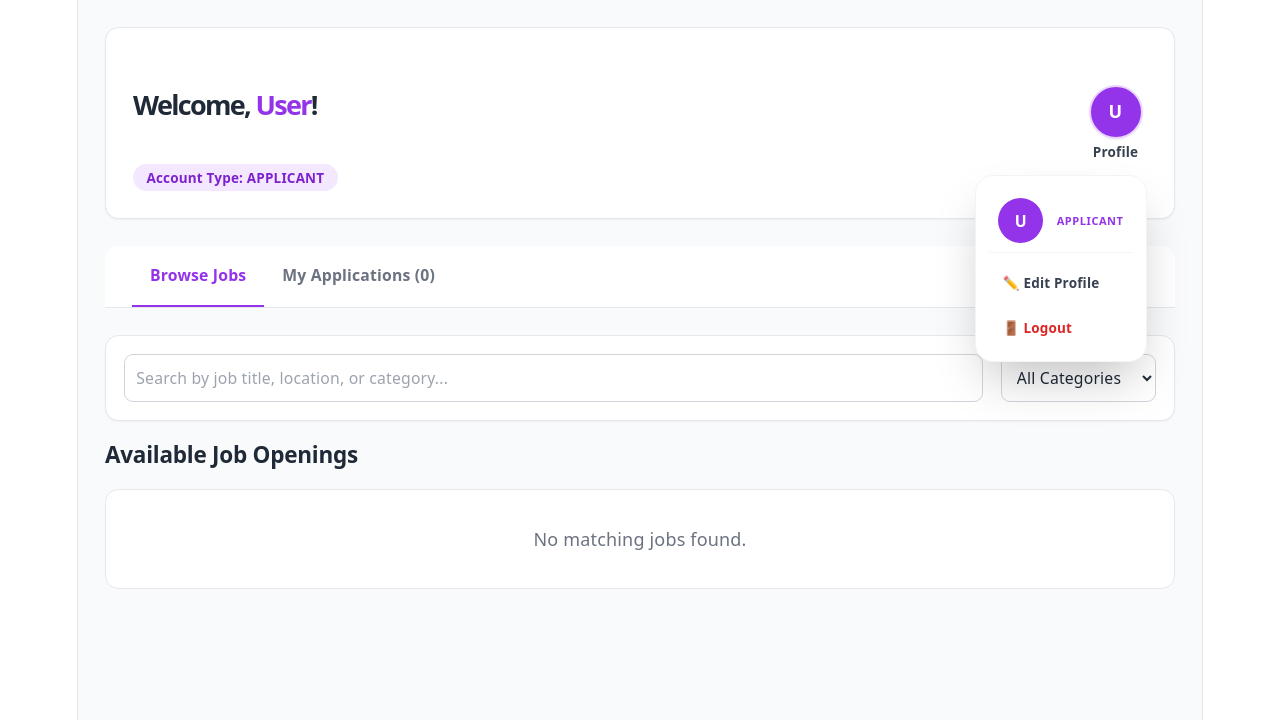
Repository: mdkawsarjomadder/job-portal
Page: /dashboard (app in job-portal/frontend/), after clicking the first element matching `button.flex`
These files come from the project's save history. The page is drawn as it stood at one moment and after the next save; the edit follows.
The browser window is 1280 px wide. The pictures show the whole page.
The page's requests for data from a server got no answer. The project was rebuilt for these pictures with package versions that can differ from the ones it lists, and the page was loaded fresh each time. No one was signed in, and anything a server would have sent is missing. Also part of the build but not shown: job-portal/frontend/vite.config.js, job-portal/frontend/src/pages/Login.jsx, job-portal/frontend/src/pages/Register.jsx, job-portal/frontend/src/pages/EmployerDashboard.jsx, job-portal/frontend/src/pages/MyApplications.jsx, job-portal/frontend/src/pages/CreateJob.jsx, job-portal/frontend/src/pages/Home.jsx. Imported but missing from the stored project, and not drawn on this page: job-portal/frontend/src/pages/Profile.

Above is the page before, as saved 2026-09-18 21:20:52.

After the next save:
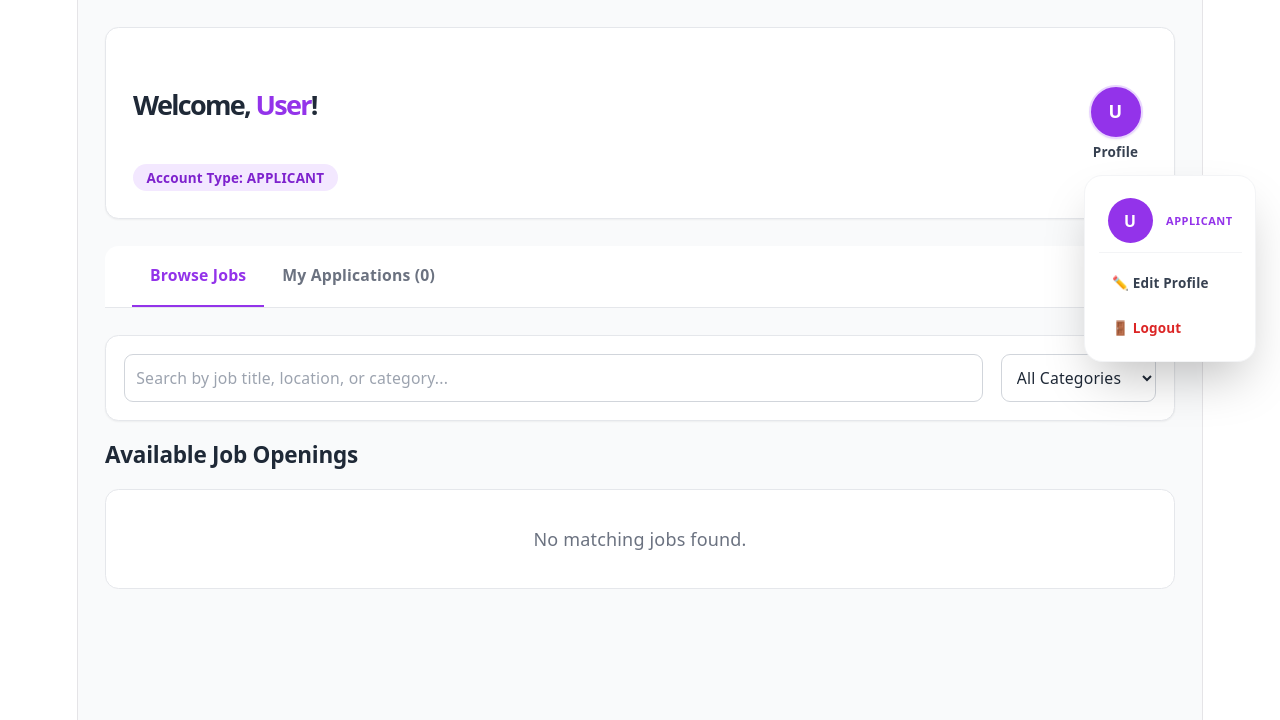
Saved 11 s later.
--- a/job-portal/frontend/src/pages/ApplicantDashboard.jsx
+++ b/job-portal/frontend/src/pages/ApplicantDashboard.jsx
@@ -228,7 +228,7 @@ export default function ApplicantDashboard() {
 
             {/* Dropdown Menu - Position Fixed to Align Correctly */}
             {isDropdownOpen && (
-              <div className="absolute right-0 mt-2 w-50 bg-white rounded-2xl shadow-2xl border border-gray-100 p-3 z-50 transform origin-top-right transition-all">
+              <div className="absolute  mt-2 w-50 bg-white rounded-2xl shadow-2xl border border-gray-100 p-3 z-50 transform origin-top-right transition-all">
                 {/* Header User Details */}
                 <div className="flex items-center gap-3 p-2 border-b border-gray-100 mb-2">
                   <div className="w-10 h-10 rounded-full bg-purple-600 text-white font-bold text-sm flex items-center justify-center overflow-hidden shrink-0">
